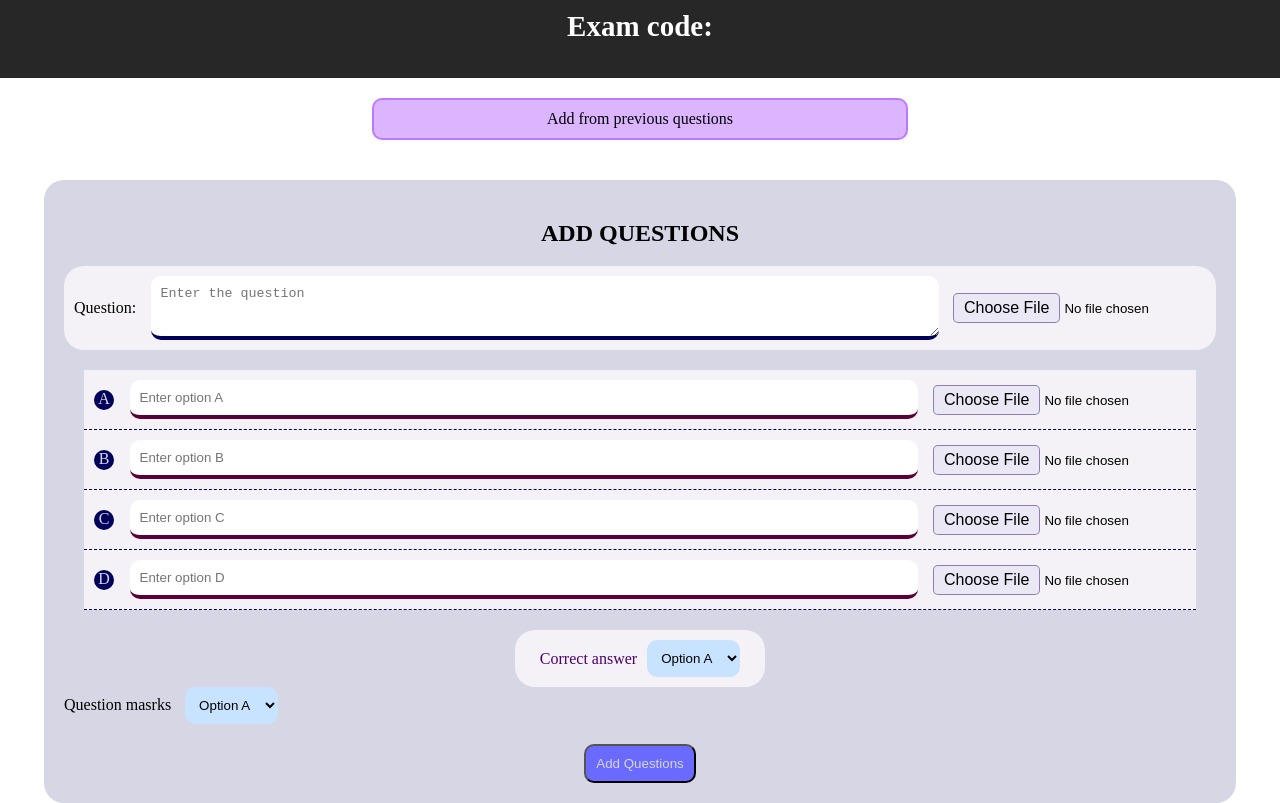
Repository: Buddhadip/ExamPortalApp_struts
Page: http://localhost/ExamWizard/WEB-INF/views/addQuestions.jsp
These files come from the project's save history. The page is drawn as it stood at one moment and after the next save; the edit follows.
The browser window is 1280 px wide. The pictures show the whole page.
The page is served by Tomcat 9. Nobody is signed in. Other server files are loaded and not shown. The template is opened directly, without the code that normally fills it, so the values that code supplies are empty.

Above is the page before, as saved 2023-07-19 10:45:20.

### ExamWizard/src/main/webapp/WEB-INF/views/addQuestions.jsp
<%@ page language="java" contentType="text/html; charset=ISO-8859-1"
    pageEncoding="ISO-8859-1"%>
<!DOCTYPE html>
<html>
<head>
<meta charset="ISO-8859-1">
<title>Add Questions</title>
<link rel="stylesheet" href="public/styles/addQuestions.css" />
</head>
<body>
    <div id="header">Exam code:  ${eid} </div>
    <div class="more-qs">
      <a href="./allQuestions">Add from previous questions</a>
    </div>
    <div>
      <form id="mcq-form">
        <input

              type="text"
              id="option-a-image"
              name="eid"
              value= "${eid}"
              style="display:none;"
            />
        <div class="question-container">
          <h2 style="text-align: center">ADD QUESTIONS</h2>
          <div class="question-section">
            <label for="question1">Question:</label>
            <textarea
              type="text"
              id="question1"
              name="q-text"
              placeholder="Enter the question"
              oninput="autoResizeTextarea(this)"
              required
            ></textarea>
            <input
              class="file-input"
              type="file"
              id="option-a-image"
              name="q-image"
              onchange="handleFileInputChange(this)"
            />
            <!-- <img id="preview-image" class="preview-image" src="" alt="Preview Image" /> -->
          </div>

          <div class="option-section">
            <div class="option">
              <label for="option-a">
              	<div class="round-option">A</div>
              </label>
              <input
                type="text"
                class="option-input"
                id="option-a-text"
                name="option-a-text"
                placeholder="Enter option A"
                required
              />
              <input
                class="file-input"
                type="file"
                id="option-a-image"
                name="option-a-image"
                onchange="handleFileInputChange(this)"
              />
            </div>

            <div class="option">
              <label for="option-b"><div class="round-option">B</div></label>
              <input
                type="text"
                class="option-input"
                id="option-b-text"
                name="option-b-text"
                placeholder="Enter option B"
                required
              />
              <input
                class="file-input"
                type="file"
                id="option-b-image"
                name="option-b-image"
                onchange="handleFileInputChange(this)"
              />
            </div>

            <div class="option">
              <label for="option-c"><div class="round-option">C</div></label>
              <input
                type="text"
                class="option-input"
                id="option-c-text"
                name="option-c-text"
                placeholder="Enter option C"
                required
              />
              <input
                class="file-input"
                type="file"
                id="option-c-image"
                name="option-c-image"
                onchange="handleFileInputChange(this)"
              />
            </div>

            <div class="option">
              <label for="option-d"><div class="round-option">D</div></label>
              <input
                type="text"
                class="option-input"
                id="option-d-text"
                name="option-d-text"
                placeholder="Enter option D"
                required
              />
              <input
                class="file-input"
                type="file"
                id="option-d-image"
                name="option-d-image"
                onchange="handleFileInputChange(this)"
              />
            </div>
          </div>
          <div class="correct-option">
            <label for="answer">Correct answer</label>
            <select class="custom-select" name="answer" id="answer">
              <option value="a">Option A</option>
              <option value="b">Option B</option>
              <option value="c">Option C</option>
              <option value="d">Option D</option>
            </select>
          </div>
          <div class="marks">
            <label for="answer">Question masrks</label>
            <select class="custom-select" name="answer" id="answer">
              <option value="a">Option A</option>
              <option value="b">Option B</option>
              <option value="c">Option C</option>
              <option value="d">Option D</option>
            </select>
          </div>
          <div style="display: flex; justify-content: center; margin-top: 20px">
            <button class="add-qs-button" type="submit" class="submit-btn">
              Add Questions
            </button>
          </div>
        </div>
      </form>
    </div>
</body>
</html>

### ExamWizard/src/main/webapp/public/styles/addQuestions.css
@charset "ISO-8859-1";
body{
    margin: 0;
    padding: 0;
}

#header {
  background-color: #272727;
  height: 8vh;
  color: #fff;
  padding: 10px;
  text-align: center;
  font-size: 29px;
  font-weight: bold;
}
.question {
  background-color: #e6e6ef;
  margin-top: 20px;
  border-radius: 20px;
  padding: 20px;
}

.question label {
  display: flex;
  cursor: pointer;
  font-weight: 500;
  position: relative;
  overflow: hidden;
  margin-bottom: 0.375em;
}
.question label input {
  position: absolute;
  left: -9999px;
}
.question label input:checked + span {
  background-color: #d6d6e5;
}
.question label input:checked + span:before {
  box-shadow: inset 0 0 0 0.4375em #00005c;
}
.question label span {
  display: flex;
  align-items: center;
  padding: 0.375em 0.75em 0.375em 0.375em;
  border-radius: 99em;
  transition: 0.25s ease;
}
.question label span:hover {
  background-color: #d6d6e5;
}
.question label span:before {
  display: flex;
  flex-shrink: 0;
  content: "";
  background-color: #fff;
  width: 1.5em;
  height: 1.5em;
  border-radius: 50%;
  margin-right: 0.375em;
  transition: 0.25s ease;
  box-shadow: inset 0 0 0 0.125em #00005c;
}
.change-button2{
    cursor: pointer;
    margin: 5px;
    padding: 10px;
    border-radius: 10px;
  }

  #delete-button{
    background-color: #d50004;
    color: #ffffff;
    margin: auto;
  }
  .button-section{
    display: flex;
    justify-content: center;
    align-items: center;
    height: 80px;
  }

  #prev_problems{

    background-color: #f2f1f1;
    width: 90vw;
    margin: auto;
    border-radius: 20px;
    padding: 20px;
    margin-top: 40px;
  }
  .question-container {
    margin-bottom: 20px;
    background-color: #d6d6e5;
    width: 90vw;
    padding: 20px;
    border-radius: 20px;
    margin: auto;
    margin-top: 40px;
  }

    .question-container h3{
        margin-bottom: 20px;
    }

    .question-section{
        display: flex;
        justify-content: space-between;
        align-items: center;
        background-color: #fffdfdbb;
        border-radius: 20px;
        padding:10px;
    }

    textarea{
        width: 60vw;
        min-height: 40px;
        resize: vertical;
        border-radius: 10px;
        padding: 10px;
        border: none;
        border-bottom: #00005c 4px solid;
        overflow: hidden;
    }

    .option-input{
        width: 60vw;
        min-height: 15px;
        resize: vertical;
        border-radius: 10px;
        padding: 10px;
        border: none;
        border-bottom: #5c003a 4px solid;
        overflow: hidden;
    }

    .file-input::file-selector-button  {
        background-color: #0000e00a;
        padding: 5px 10px;
        font-size: 16px;
        border:  1px solid #32006f78;
        border-radius: 5px;
    }
    .round-option{
      display:inline-block;
      width:20px;
      height:20px;
      border-radius: 50%;
      background-color: #00005c;
      color: #d6d6e5;
      text-align: center;
    }

    .option{
      display: flex;
      justify-content: space-between;
      align-items: center;
      background-color: #fffdfdbb;
      padding: 10px;
      border-bottom: 1px dashed #00005c;
    }

    .option-section{
      margin: 20px;
    }

    .correct-option{
      background-color: #fffdfdbb;
      color: #4d006a;
      margin: 20px;
      padding: 10px;
      display: flex;
      justify-content: center;
      align-items: center;
      width: 20%;
      margin: auto;
      border-radius: 20px;
    }
    .custom-select {
      position: relative;
      font-family: Arial;
      background-color: rgb(200, 227, 255);
      padding: 10px;
      border:none;
      border-radius: 10px;
      margin-left: 10px;
    }

    .add-qs-button{
      background-color: #6a6aff;
      color: #d6d6e5;
      padding: 10px;
      border-radius: 10px;
      cursor: pointer;
      margin: auto;
    }


    .more-qs{
      width: 40%;
      margin: auto;
      background-color: rgba(188, 116, 255, 0.533);
      border: 2px solid rgba(188, 116, 255, 0.933);
      color: black;
      padding: 10px;
      border-radius: 10px;
      text-align: center;
      margin-top: 20px;
      cursor: pointer;
    }

    .more-qs:hover{
      background-color: rgba(188, 116, 255, 0.733);
      color: #ffffff;
    }

    .more-qs a{
      text-decoration: none;
      color: inherit;
    }

After the next save:
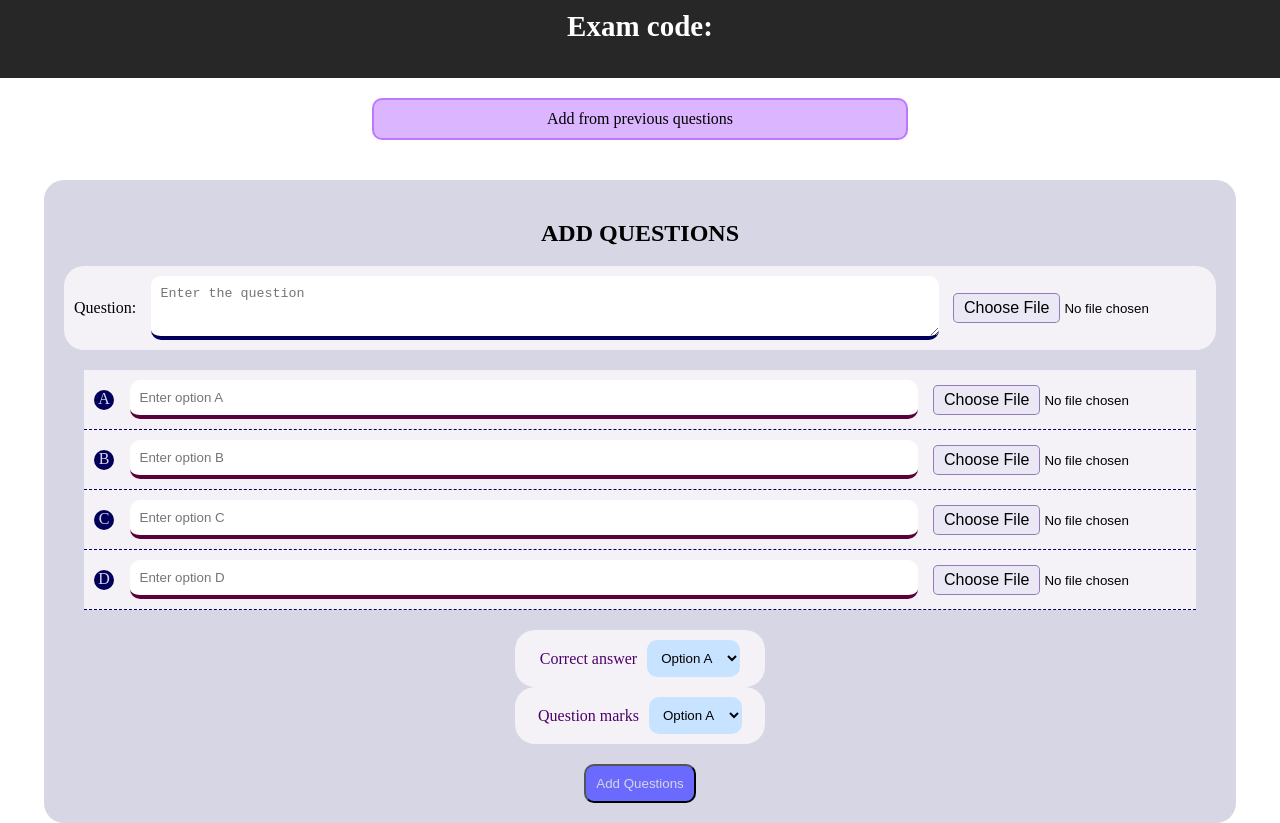
Saved 27 s later.
--- a/ExamWizard/src/main/webapp/WEB-INF/views/addQuestions.jsp
+++ b/ExamWizard/src/main/webapp/WEB-INF/views/addQuestions.jsp
@@ -132,8 +132,8 @@
               <option value="d">Option D</option>
             </select>
           </div>
-          <div class="marks">
-            <label for="answer">Question masrks</label>
+          <div class="correct-option">
+            <label for="answer">Question marks</label>
             <select class="custom-select" name="answer" id="answer">
               <option value="a">Option A</option>
               <option value="b">Option B</option>
